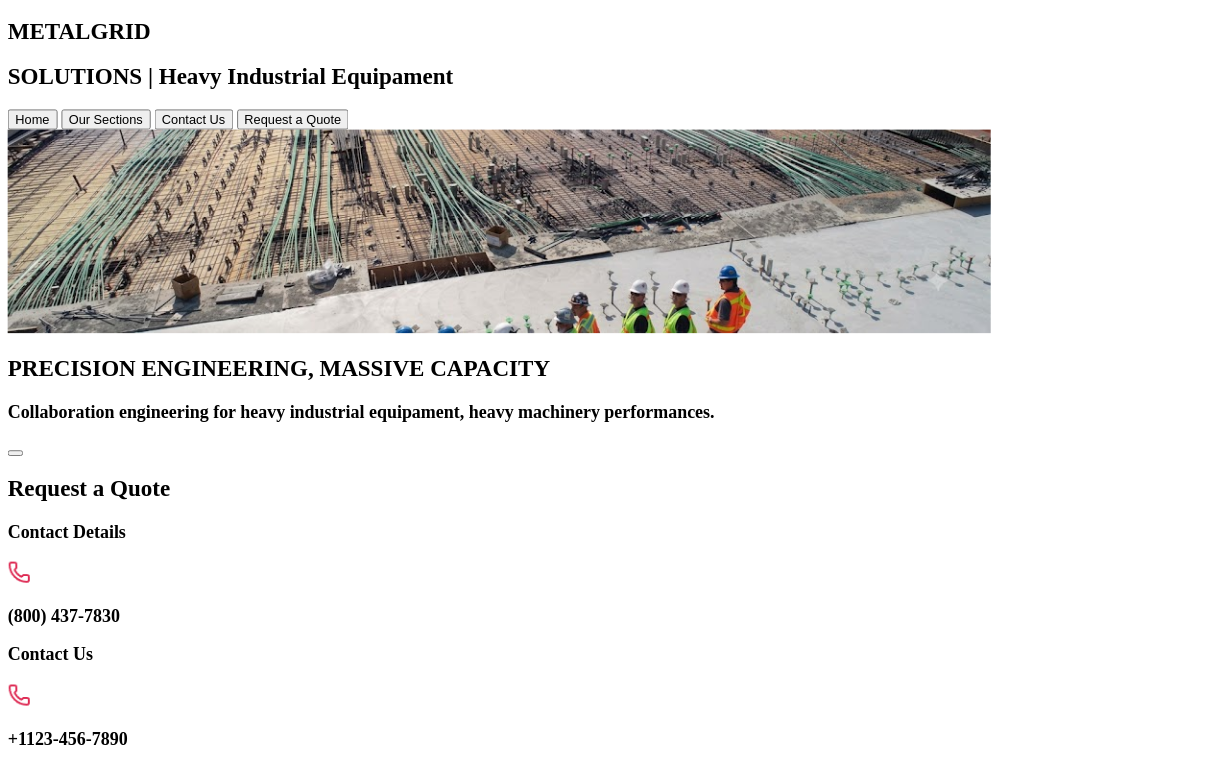
Repository: MiguelSebastiana/AtividadesFrontEnd
Page: aulaDia12Junho/index.html
These files come from the project's save history. The page is drawn as it stood at one moment and after a run of saves; the edit follows.
The browser window is 1280 px wide. The pictures show the whole page, at 96% of full size.

Above is the page before, as saved 2026-06-12 19:17:59.

### aulaDia12Junho/index.html
<!DOCTYPE html>
<html lang="pt-br">
<head>
    <meta charset="UTF-8">
    <meta name="viewport" content="width=device-width, initial-scale=1.0">
    <title>Document</title>
    <link rel="stylesheet" href="style.css">
</head>
<body>

    <header>

        <nav class="topBar">
            <h1 class="titleNav">METALGRID</h1>
            <h2 class="subTitNav">SOLUTIONS | Heavy Industrial Equipament</h2>
            <div class="buttonsNav">
                <button class="button">Home</button>
                <button class="button">Our Sections</button>
                <button class="button">Contact Us</button>
                <button class="buttonColorido">Request a Quote</button>
            </div>
        </nav>

    </header>

    <main>

        <div>
            <img class="imagemFundo" src="adwadawdadawda.jpg" alt="Imagem de fundo">
        </div>

        <section class="quadroImagemFundo">

            <h1 class="titleQuadroImagemFundo">PRECISION ENGINEERING, MASSIVE CAPACITY</h1>
            <h3 class="textoQuadroImagemFundo">Collaboration engineering for heavy industrial equipament,
                heavy machinery performances.
            </h3>
            <button class="buttonQuadroImagemFundo"></button>

        </section>

        <article class="quadroMeio">

            <div>
                <h2>Request a Quote</h2>

                <div class="linha"></div>

                <h3 class="contactEmail">Contact Details</h3>

                <div class="iconeTexto">
                    <img class="telefone" src="phone (2).png" alt="Telefone">
                    <h3 class="numero">(800) 437-7830</h3>
                </div>

                <h3 class="contactEmail">Contact Us</h3>

                <div class="iconeTexto">
                    <img class="telefone" src="phone (2).png" alt="Telefone">
                    <h3 class="numero">+1123-456-7890</h3>
                </div>

                <h3 class="contactEmail">

                </h3>
            </div>


        </article>
    </main>

</body>
</html>

Loaded but not shown: aulaDia12Junho/style.css (no copy from this time; the picture is the same without it)

After the next 3 saves:
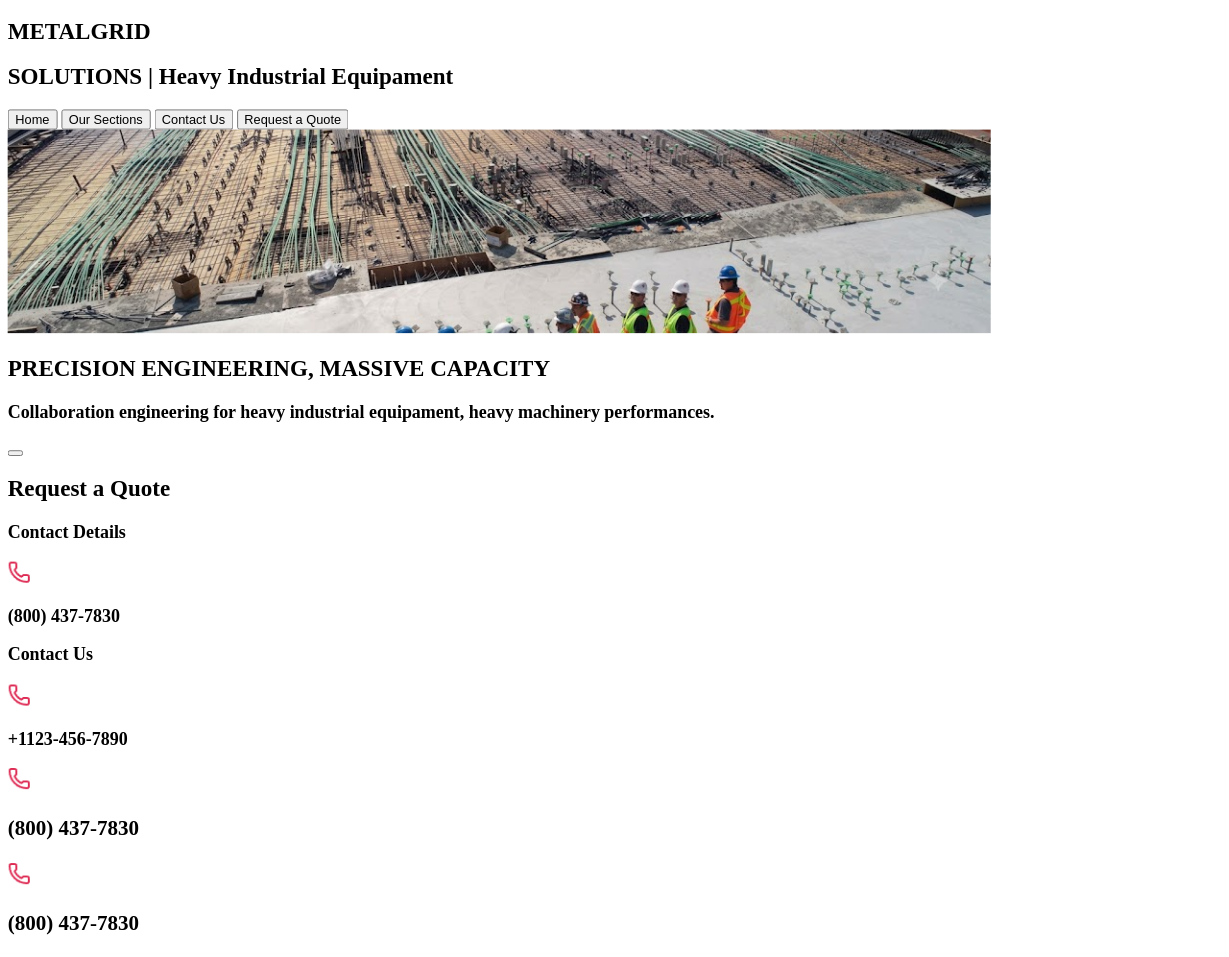
The 3 saves are shown as one change because they came seconds apart.
The last was saved 31 s later.
--- a/aulaDia12Junho/index.html
+++ b/aulaDia12Junho/index.html
@@ -62,6 +62,16 @@
 
                 <h3 class="contactEmail">
 
+                <div class="iconeTexto">
+                    <img class="telefone" src="phone (2).png" alt="Telefone">
+                    <h3 class="numero">(800) 437-7830</h3>
+                </div>
+
+                <div class="iconeTexto">
+                    <img class="telefone" src="phone (2).png" alt="Telefone">
+                    <h3 class="numero">(800) 437-7830</h3>
+                </div>
+
                 </h3>
             </div>
 
